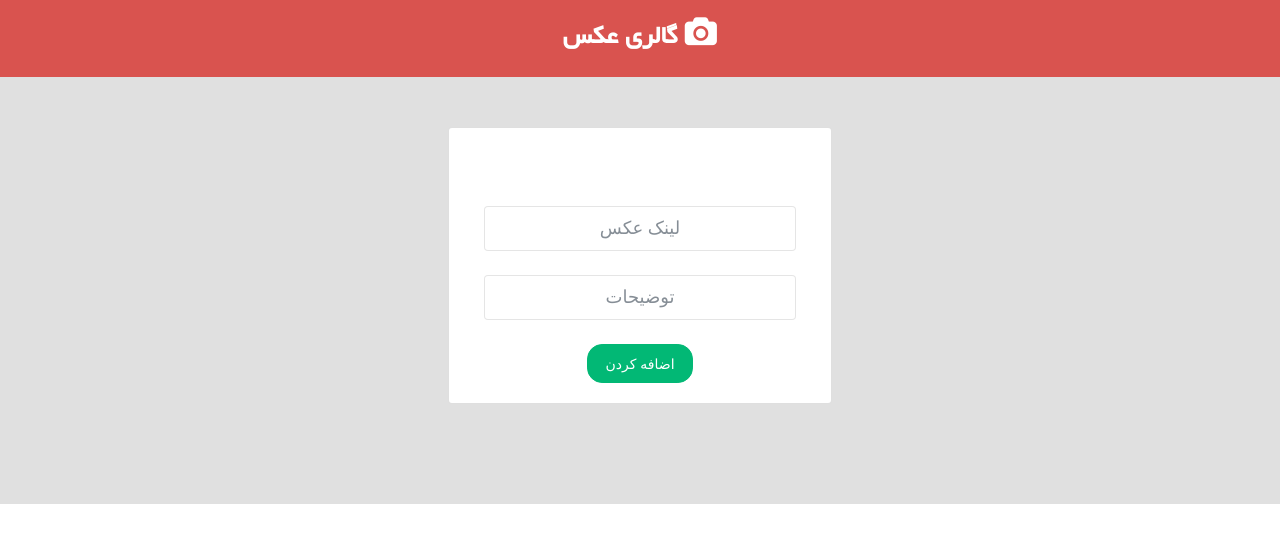
Repository: sadegh1379/PhotoWall-app
Page: /addphoto
An editor plug-in stored every save of this project. The page is shown before and after the next save, followed by the edit.
The browser window is 1280 px wide. The pictures show the whole page.
The project was rebuilt for these pictures with package versions that can differ from the ones it lists, and the page was loaded fresh each time. Also part of the build but not shown: src/Component/Photo.js, src/Component/PhotoWall.js.

Above is the page before, as saved 2020-02-22 13:28:41.

After the next save:
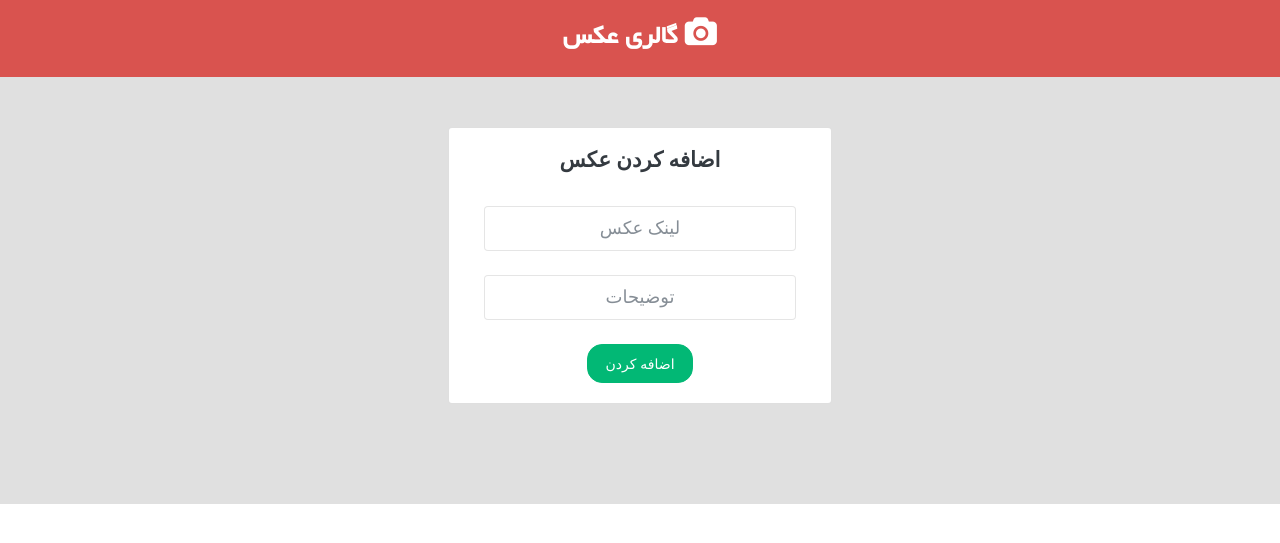
Saved 19 s later.
--- a/src/Component/AddPhoto.js
+++ b/src/Component/AddPhoto.js
@@ -4,7 +4,7 @@ export class AddPhoto extends Component {
     render() {
         return (
             <div className="card form-card card-body  container">
-                <h5 className="text-white text-center">اضافه کردن عکس</h5>
+                <h5 className=" text-center">اضافه کردن عکس</h5>
                 <form className="container add-form">
                     <input type="text" placeholder="لینک عکس" className="form-control my-4 text-center"/>
                     <input type="text" placeholder="توضیحات" className="form-control text-center" />
